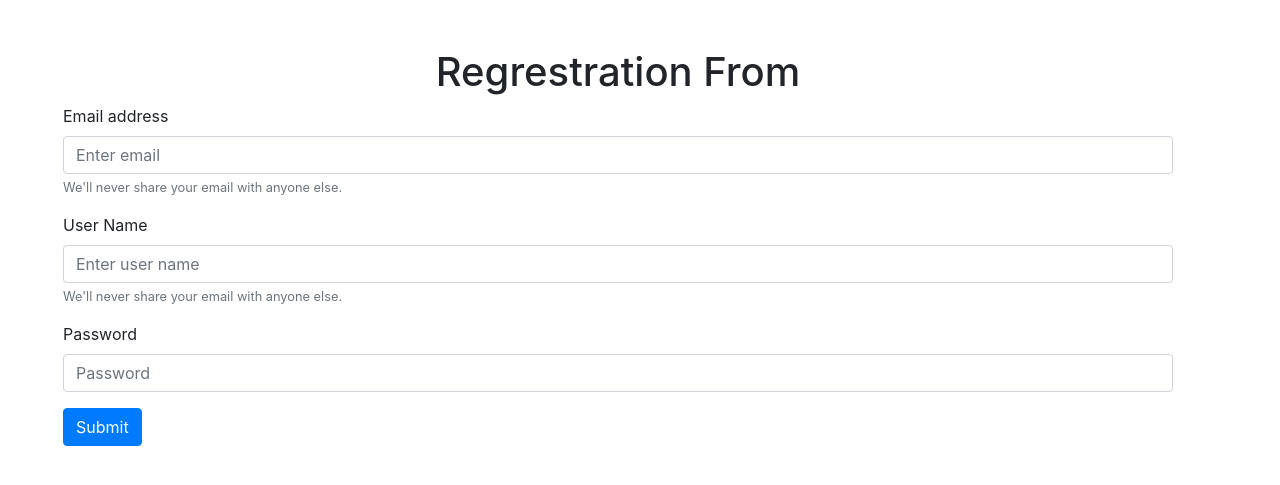
Repository: parvaizsajad/SpringFrameWork
Page: http://localhost/com.spring.mvc/form
These files come from the project's save history. The page is drawn as it stood at one moment and after the next save; the edit follows.
The browser window is 1280 px wide. The pictures show the whole page.
Some web libraries are served in a nearby version. The page is served by Tomcat 9.

Above is the page before, as saved 2021-09-09 17:22:47.

After the next save:
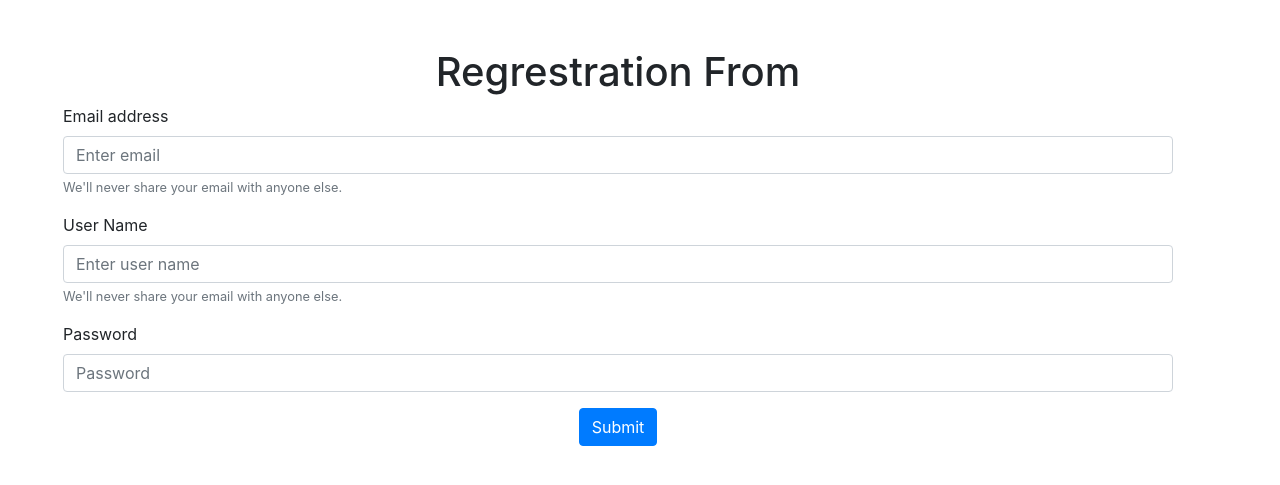
Saved 73 s later.
--- a/com.spring.mvc/src/main/webapp/WEB-INF/views/form.jsp
+++ b/com.spring.mvc/src/main/webapp/WEB-INF/views/form.jsp
@@ -32,8 +32,10 @@
     <input type="password" class="form-control" id="exampleInputPassword1" placeholder="Password">
   </div>
 
+ <div class="text-center">
+  <button type="submit" class="btn btn-primary">Submit</button>
+ </div>
 
-  <button type="submit" class="btn btn-primary">Submit</button>
 </form>
 
     <!-- Optional JavaScript -->
